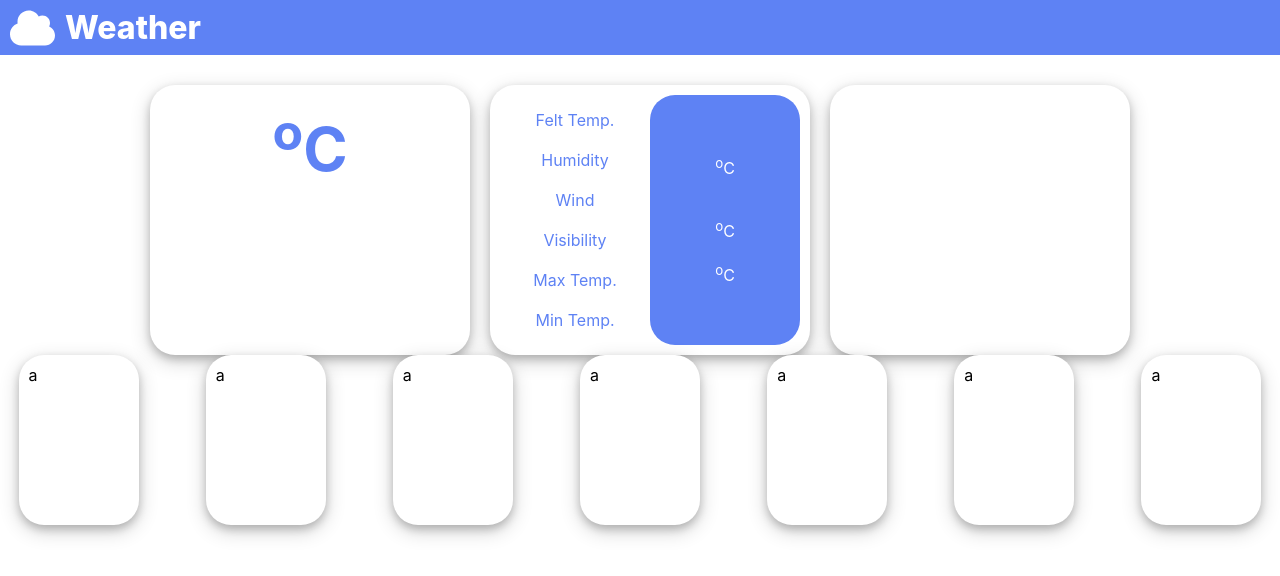
Repository: ahmedazawi/weather-app
Page: /
An editor plug-in stored every save of this project. The page is shown before and after the next save, followed by the edit.
The browser window is 1280 px wide. The pictures show the whole page.
The project was rebuilt for these pictures with package versions that can differ from the ones it lists, and the page was loaded fresh each time. Also part of the build but not shown: src/components/Map.js.

Above is the page before, as saved 2022-11-30 15:13:33.

After the next save:
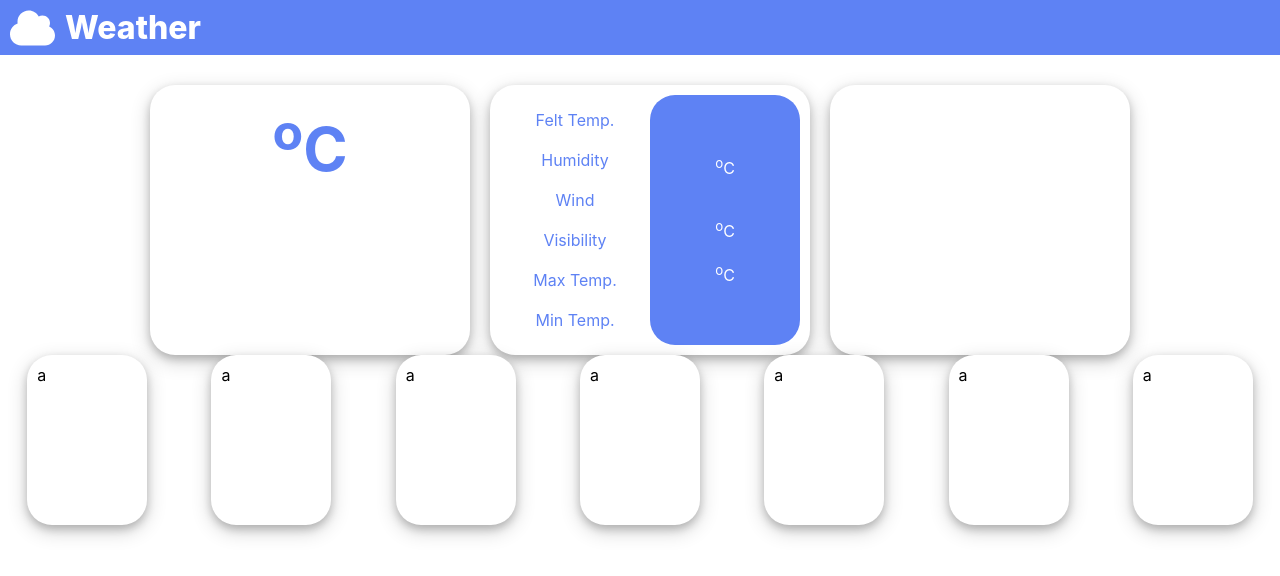
Saved 32 s later.
--- a/src/assets/css/SevenDaysCards.css
+++ b/src/assets/css/SevenDaysCards.css
@@ -1,8 +1,7 @@
 .small-cards {
   display: grid;
   grid-template-columns: repeat(7, 1fr);
-  gap: 30px;
-
+  gap: 10px;
   justify-items: center;
   width: 100%;
 }
